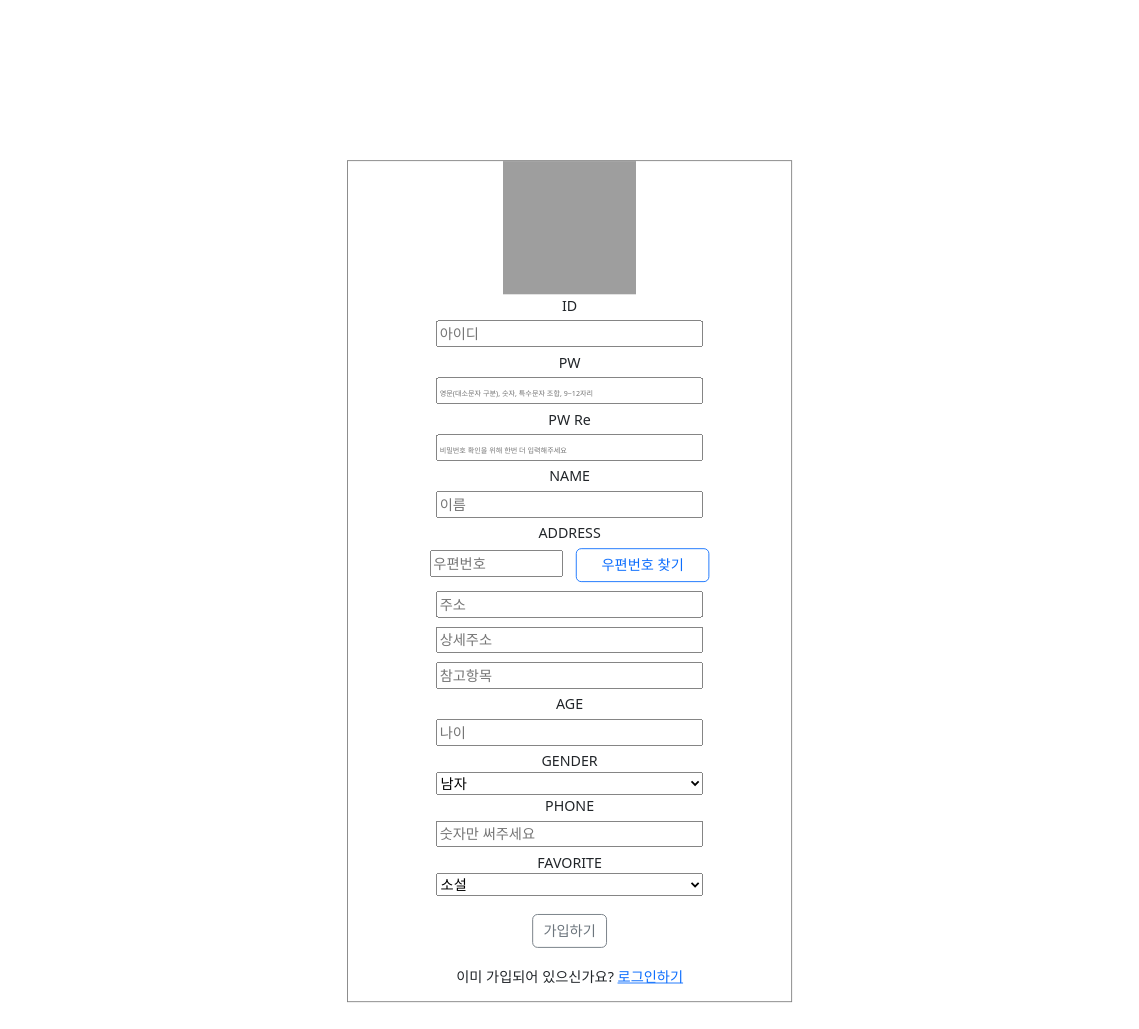
Repository: bongbongi/book1
Page: http://localhost/book/WEB-INF/views/member/memberJoin.jsp
An editor plug-in stored every save of this project. The page is shown before and after the next save, followed by the edit.
The browser window is 1280 px wide. The pictures show the whole page, at 89% of full size.
Pictures or frames that could not be fetched are drawn as grey boxes. Some web libraries are served in a nearby version. The page is served by Tomcat 9. Nobody is signed in. Other server files are loaded and not shown. The template is opened directly, without the code that normally fills it, so the values that code supplies are empty.

Above is the page before, as saved 2023-01-14 16:01:01.

### book/src/main/webapp/WEB-INF/views/member/memberJoin.jsp
<%@ page language="java" contentType="text/html; charset=UTF-8"
   pageEncoding="UTF-8"%>
<%@ taglib uri="http://java.sun.com/jsp/jstl/core" prefix="c"%>
<!DOCTYPE html>
<html>
<head>
<meta charset="UTF-8">
<!-- CSS only -->
<link href="https://cdn.jsdelivr.net/npm/bootstrap@5.2.2/dist/css/bootstrap.min.css"
rel="stylesheet" integrity="sha384-Zenh87qX5JnK2Jl0vWa8Ck2rdkQ2Bzep5IDxbcnCeuOxjzrPF/et3URy9Bv1WTRi"
crossorigin="anonymous">
<script src="https://kit.fontawesome.com/92e616dfba.js" crossorigin="anonymous"></script>
<link href="../resources/css/memberJoin.css" type="text/css" rel="stylesheet">
<script src="//t1.daumcdn.net/mapjsapi/bundle/postcode/prod/postcode.v2.js"></script>
<script src="https://code.jquery.com/jquery-3.4.1.js"></script>
<script type="text/javascript" src="/resources/js/memberJoin.js"></script>
<title>회원가입</title>
<style type="text/css">
.pwRe_ok{
color:#008000;
display: none;
}

.pwRe_rewrite{
color:#ff0000;
display: none;
}
.pwRe_null{
color:#ff0000;
display: none;
}
</style>
</head>
<body>
    <form action="/mem/join" method="post">
        <div class="join-container">
            <div class="logo">
                <a href="/"><img src="../resources/img/logo.jpg" alt="로고"></a><br>
            </div>
            <lable for="mem_id">ID</lable>
            <br> <input type="text" class="join-input" name="mem_id"
               id="mem_id" placeholder="아이디" onchange="checkId()" required>
               <span class="id_ok"><i class="fa-solid fa-check"></i></span>
                   <span class="id_duplicate"><i class="fa-solid fa-x"></i></span>
                   <span class="id_null"><i class="fa-solid fa-x"></i></span>
                   <Br>
                <lable for="mem_pw">PW</lable><br>
                <input type="password" class="join-input" name="mem_pw" id="mem_pw"
                    placeholder="영문(대소문자 구분), 숫자, 특수문자 조합, 9~12자리" onchange="checkPw()" required>
                <span class="pw_ok"><i class="fa-solid fa-check"></i></span>
                <span class="pw_rewrite"><i class="fa-solid fa-x"></i></span>
                <span class="pw_null"><i class="fa-solid fa-x"></i></span><br>

                <lable for="mem_pwRe">PW Re</lable><br>
                <input type="password" class="join-input" name="mem_pwRe" id="mem_pwRe"
                    placeholder="비밀번호 확인을 위해 한번 더 입력해주세요" onchange="checkPwRe()" required>
               	 <span class="pwRe_ok"><i class="fa-solid fa-check"></i></span>
                <span class="pwRe_rewrite"><i class="fa-solid fa-x"></i></span>
                <span class="pwRe_null"><i class="fa-solid fa-x"></i></span>
                <br>

                <lable for="mem_name">NAME</lable><br>
                <input type="text" class="join-input" name="mem_name" placeholder="이름" required>
                <br>
                <lable for="mem_postzip">ADDRESS</lable><br>

                <input type="text" class="join-input zip" id="postcode" name="mem_postzip" placeholder="우편번호" required>
                <input type="button" class="join-input zip btn btn-outline-primary" onclick="execDaumPostcode()"
                    value="우편번호 찾기">
                <br>

                <input type="text" class="join-input" id="address" name="address" placeholder="주소" required>

                <br>

                <input type="text" class="join-input" id="detailAddress" name="detailAddress" placeholder="상세주소"
                    required>
                <input type="text" class="join-input" id="extraAddress" name="extraAddress" placeholder="참고항목" readonly="readonly">
                <br>
                <lable for="mem_age">AGE</lable><br>
                <td><input type="text" class="join-input" name="mem_age" placeholder="나이" required>
                    <br>
                    <lable for="mem_gender">GENDER</lable><br>
                    <select class="join-input" name="mem_gender" >

                        <option value="0">남자</option>
                        <option value="1">여자</option>
                    </select>
                    <br>
                    <lable for="mem_cell_num">PHONE</lable><br>
                    <input type="text" class="join-input" name="mem_cell_num" id="mem_cell_num" placeholder="숫자만 써주세요"
                        onchange="checkCellNum()" required>
                    <span class="cellNum_ok"><i class="fa-solid fa-check"></i></span>
                    <span class="cellNum_duplicate"><i class="fa-solid fa-x"></i></span>
                    <span class="cellNum_null"><i class="fa-solid fa-x"></i></span>
                    <br>
                    <lable for="mno_cno">FAVORITE</lable><br>

                    <select class="join-input" name="mno_cno">

                        <option value="novel">소설</option>
                        <option value="essay">에세이</option>
                        <option value="life">건강/취미</option>
                        <option value="computer">컴퓨터/모바일</option>
                        <option value="problem">문제집</option>
                    </select>
                    <Br>
                    <button type=submit" class="btn btn-outline-secondary btn-submit">가입하기</button>
    </form>

    <div>
        <p>이미 가입되어 있으신가요? <a href="/mem/loginPage">로그인하기</a></p>
    </div>

</body>
</html>

### book/src/main/webapp/resources/css/memberJoin.css
@charset "UTF-8";

body {
	text-align: center;
	margin: 0 auto;
	width: 100%;
	padding-top: 150px;
}

input {
	margin: 5px;
}

.btn-submit {
	margin: 20px;
}

.logo>a>img {
	width: 150px;
	height: 150px;
}

.join-container {
	border: 1px solid gray;
	width: 500px;
	height: 100%;
	margin: 30px auto;
}

#mem_pw::placeholder, #mem_pwRe::placeholder {
	font-size: 8px;
}

.join-input {
	width: 300px;
}

.zip {
	width: 150px;
}
/* 아이디,비밀번호, 핸드폰번호 사용 가능 여부 */
.id_ok {
	color: #008000;
	display: none;
}

.id_duplicate {
	color: #ff0000;
	display: none;
}

.id_null {
	color: #ff0000;
	display: none;
}

.pw_ok {
	color: #008000;
	display: none;
}

.pw_rewrite {
	color: #ff0000;
	display: none;
}

.pw_null {
	color: #ff0000;
	display: none;
}

.pwRe_ok {
	color: #008000;
	display: none;
}

.pwRe_rewrite {
	color: #ff0000;
	display: none;
}

.pwRe_null {
	color: #ff0000;
	display: none;
}

.cellNum_ok {
	color: #008000;
	display: none;
}

.cellNum_duplicate {
	color: #ff0000;
	display: none;
}

.cellNum_null {
	color: #ff0000;
	display: none;
}

### book/src/main/webapp/resources/js/memberJoin.js

	function execDaumPostcode() {
        new daum.Postcode({
            oncomplete: function(data) {
                // 팝업에서 검색결과 항목을 클릭했을때 실행할 코드를 작성하는 부분.

                // 각 주소의 노출 규칙에 따라 주소를 조합한다.
                // 내려오는 변수가 값이 없는 경우엔 공백('')값을 가지므로, 이를 참고하여 분기 한다.
                var addr = ''; // 주소 변수
                var extraAddr = ''; // 참고항목 변수

                //사용자가 선택한 주소 타입에 따라 해당 주소 값을 가져온다.
                if (data.userSelectedType === 'R') { // 사용자가 도로명 주소를 선택했을 경우
                    addr = data.roadAddress;
                } else { // 사용자가 지번 주소를 선택했을 경우(J)
                    addr = data.jibunAddress;
                }

                // 사용자가 선택한 주소가 도로명 타입일때 참고항목을 조합한다.
                if(data.userSelectedType === 'R'){
                    // 법정동명이 있을 경우 추가한다. (법정리는 제외)
                    // 법정동의 경우 마지막 문자가 "동/로/가"로 끝난다.
                    if(data.bname !== '' && /[동|로|가]$/g.test(data.bname)){
                        extraAddr += data.bname;
                    }
                    // 건물명이 있고, 공동주택일 경우 추가한다.
                    if(data.buildingName !== '' && data.apartment === 'Y'){
                        extraAddr += (extraAddr !== '' ? ', ' + data.buildingName : data.buildingName);
                    }
                    // 표시할 참고항목이 있을 경우, 괄호까지 추가한 최종 문자열을 만든다.
                    if(extraAddr !== ''){
                        extraAddr = ' (' + extraAddr + ')';
                    }
                    // 조합된 참고항목을 해당 필드에 넣는다.
                    document.getElementById("extraAddress").value = extraAddr;

                } else {
                    document.getElementById("extraAddress").value = '';
                }

                // 우편번호와 주소 정보를 해당 필드에 넣는다.
                document.getElementById('postcode').value = data.zonecode;
                document.getElementById("address").value = addr;
                // 커서를 상세주소 필드로 이동한다.
                document.getElementById("detailAddress").focus();
            }
        }).open();
    }

	function checkId(){
        var mem_id = document.getElementById('mem_id').value; //id값이 "id"인 입력란의 값을 저장
		console.log(mem_id);
        $.ajax({
            url:'/mem/idCheck', //Controller에서 요청 받을 주소
            type:'post', //POST 방식으로 전달
            data:{mem_id:mem_id},
            success:function(isOk){ //컨트롤러에서 넘어온 isOK값을 받는다
                if(isOk == 'id_ok'){ //ok이면 가입 가능
                    $('.id_ok').css("display","inline-block");
                    $('.id_duplicate').css("display", "none");
					$('.id_null').css("display", "none");
                }else if(isOk =='id_null'){//input이 null값임. 입력 요청
					$('.id_ok').css("display","none");
                    $('.id_duplicate').css("display", "none");
					$('.id_null').css("display", "inline-block");
				}
				else { //중복일 경우
                    $('.id_ok').css("display", "none");
                    $('.id_duplicate').css("display","inline-block");
					$('.id_null').css("display", "none");
                    // alert("아이디를 다시 입력해주세요");
                    $('#mem_id').val('');
                }
            },
			error:function(request,status,error){
			console.log("code:"+request.status+"\n"+"message:"+request.responseText+"\n"+"error:"+error);
			}

        });
        };






	function checkPw(){
	 var mem_pw = document.getElementById('mem_pw').value; //pw값이 "pw"인 입력란의 값을 저장
	console.log("js mem_pw 출력 : "+mem_pw);
	$.ajax({
		url:'/mem/pwCheck', //Controller에서 요청 받을 주소
		type:'post', //POST 방식으로 전달
		data:{mem_pw:mem_pw},
		success:function(isOk){ //컨트롤러에서 넘어온 isOK값을 받는다
			if(isOk == 'pw_ok'){ //ok이면 가입 가능
				$('.pw_ok').css("display","inline-block");
				$('.pw_rewrite').css("display", "none"); //정규식 어긋나면
				$('.pw_null').css("display", "none");
			}else if(isOk =='pw_null'){//input이 null값임. 입력 요청
				$('.pw_ok').css("display","none");
				$('.pw_rewrite').css("display", "none");
				$('.pw_null').css("display", "inline-block");
			}
			else { //중복일 경우
				$('.pw_ok').css("display", "none");
				$('.pw_rewrite').css("display","inline-block");
				$('.pw_null').css("display", "none");
				// alert("아이디를 다시 입력해주세요");
				$('#mem_pw').val('');
			}
		},
		error:function(request,status,error){
		console.log("code:"+request.status+"\n"+"message:"+request.responseText+"\n"+"error:"+error);
		}

	});
	};

	function checkPwRe(){
	var mem_pwRe = document.getElementById('mem_pwRe').value;
	console.log(mem_pwRe);
	$.ajax({
		url:'/mem/pwCheckRe', //Controller에서 요청 받을 주소
		type:'post', //POST 방식으로 전달
		data:{mem_pwRe:mem_pwRe},
		success:function(isOk){ //컨트롤러에서 넘어온 isOK값을 받는다
			if(isOk == 'pwRe_ok'){ //ok이면 가입 가능
				$('.pwRe_ok').css("display","inline-block");
				$('.pwRe_rewrite').css("display", "none"); //정규식 어긋나면
				$('.pwRe_null').css("display", "none");
			}else if(isOk =='pwRe_null'){//input이 null값임. 입력 요청
				$('.pwRe_ok').css("display","none");
				$('.pwRe_rewrite').css("display", "none");
				$('.pwRe_null').css("display", "inline-block");
			}
			else { //중복일 경우
				$('.pwRe_ok').css("display", "none");
				$('.pwRe_rewrite').css("display","inline-block");
				$('.pwRe_null').css("display", "none");
				// alert("아이디를 다시 입력해주세요");
				$('#mem_pwRe').val('');
			}
		},
		error:function(request,status,error){
		console.log("code:"+request.status+"\n"+"message:"+request.responseText+"\n"+"error:"+error);
		}

	});
	};

	function checkCellNum(){
        var mem_cell_num = document.getElementById('mem_cell_num').value; //id값이 "id"인 입력란의 값을 저장
		console.log(mem_cell_num);
        $.ajax({
            url:'/mem/cellNumCheck', //Controller에서 요청 받을 주소
            type:'post', //POST 방식으로 전달
            data:{mem_cell_num:mem_cell_num},
            success:function(isOk){ //컨트롤러에서 넘어온 isOK값을 받는다
                if(isOk == 'cellNum_ok'){ //ok이면 가입 가능
                    $('.cellNum_ok').css("display","inline-block");
                    $('.cellNum_duplicate').css("display", "none");
					$('.cellNum_null').css("display", "none");
                }else if(isOk =='cellNum_null'){//input이 null값임. 입력 요청
					$('.cellNum_ok').css("display","none");
                    $('.cellNum_duplicate').css("display", "none");
					$('.cellNum_null').css("display", "inline-block");
				}
				else { //중복일 경우
                    $('.cellNum_ok').css("display", "none");
                    $('.cellNum_duplicate').css("display","inline-block");
					$('.cellNum_null').css("display", "none");
                    // alert("아이디를 다시 입력해주세요");
                    $('#mem_cell_num').val('');
                }
            },
			error:function(request,status,error){
			console.log("code:"+request.status+"\n"+"message:"+request.responseText+"\n"+"error:"+error);
			}

        });
        };

After the next save:
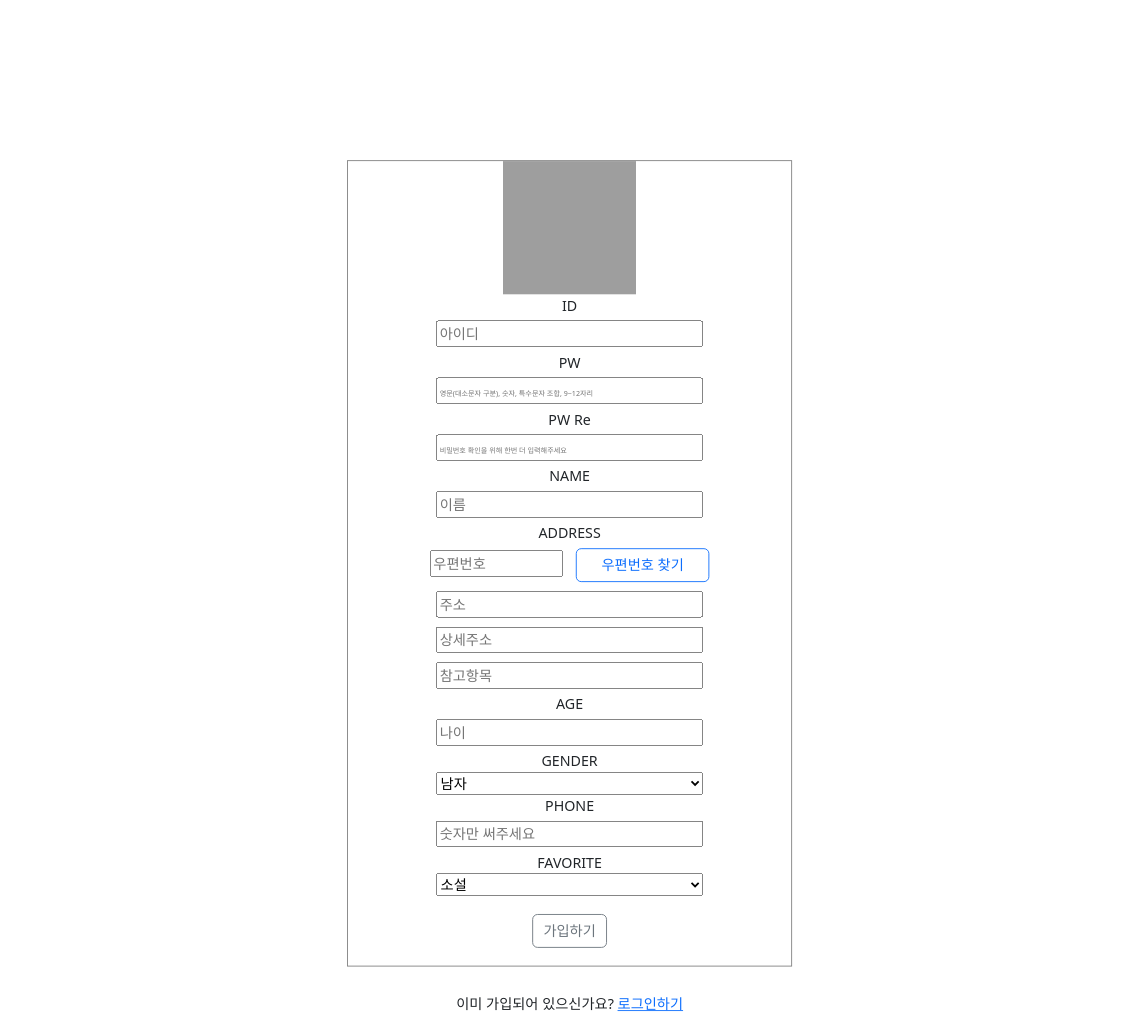
Saved 41 s later.
--- a/book/src/main/webapp/WEB-INF/views/member/memberJoin.jsp
+++ b/book/src/main/webapp/WEB-INF/views/member/memberJoin.jsp
@@ -106,6 +106,8 @@ display: none;
                     </select>
                     <Br>
                     <button type=submit" class="btn btn-outline-secondary btn-submit">가입하기</button>
+                    </td>
+                    </div>
     </form>
 
     <div>
